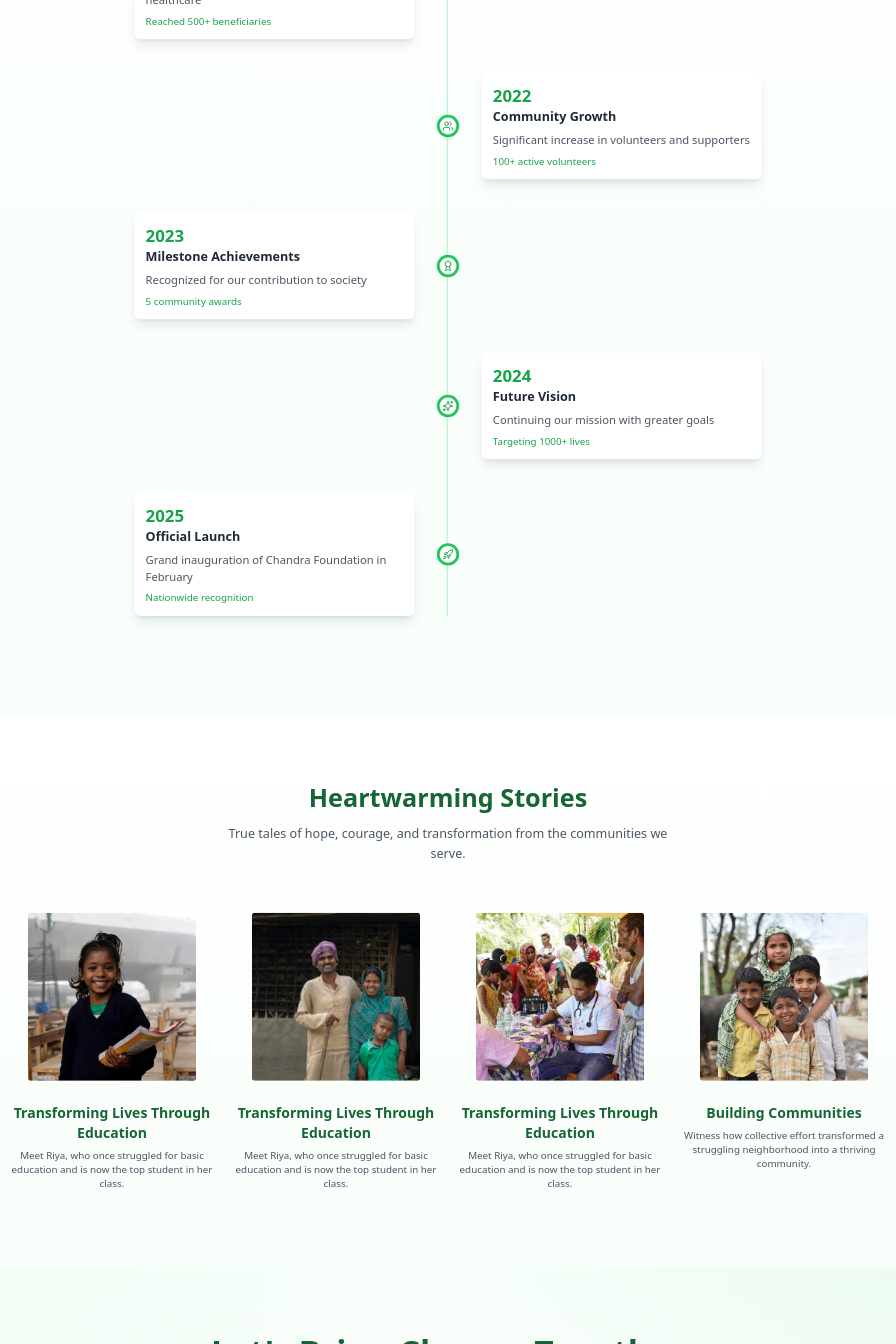
Repository: rajukumar2003/chandra-foundation
Page: /
The author's editor kept a copy of each file at every save. The page is drawn from the files as they stood at one save, then again after the next save.
The browser window is 1280 px wide. The pictures show the part of the page from y = 4580 to 6500 px (the page is 7141 px tall), at 70% of full size.
The project was rebuilt for these pictures with package versions that can differ from the ones it lists, and the page was loaded fresh each time. The framework's server and built-in components were replaced by stand-ins that run in the browser. Also part of the build but not shown: next.config.ts.

Above is the page before, as saved 2025-04-15 09:09:06.

After the next save:
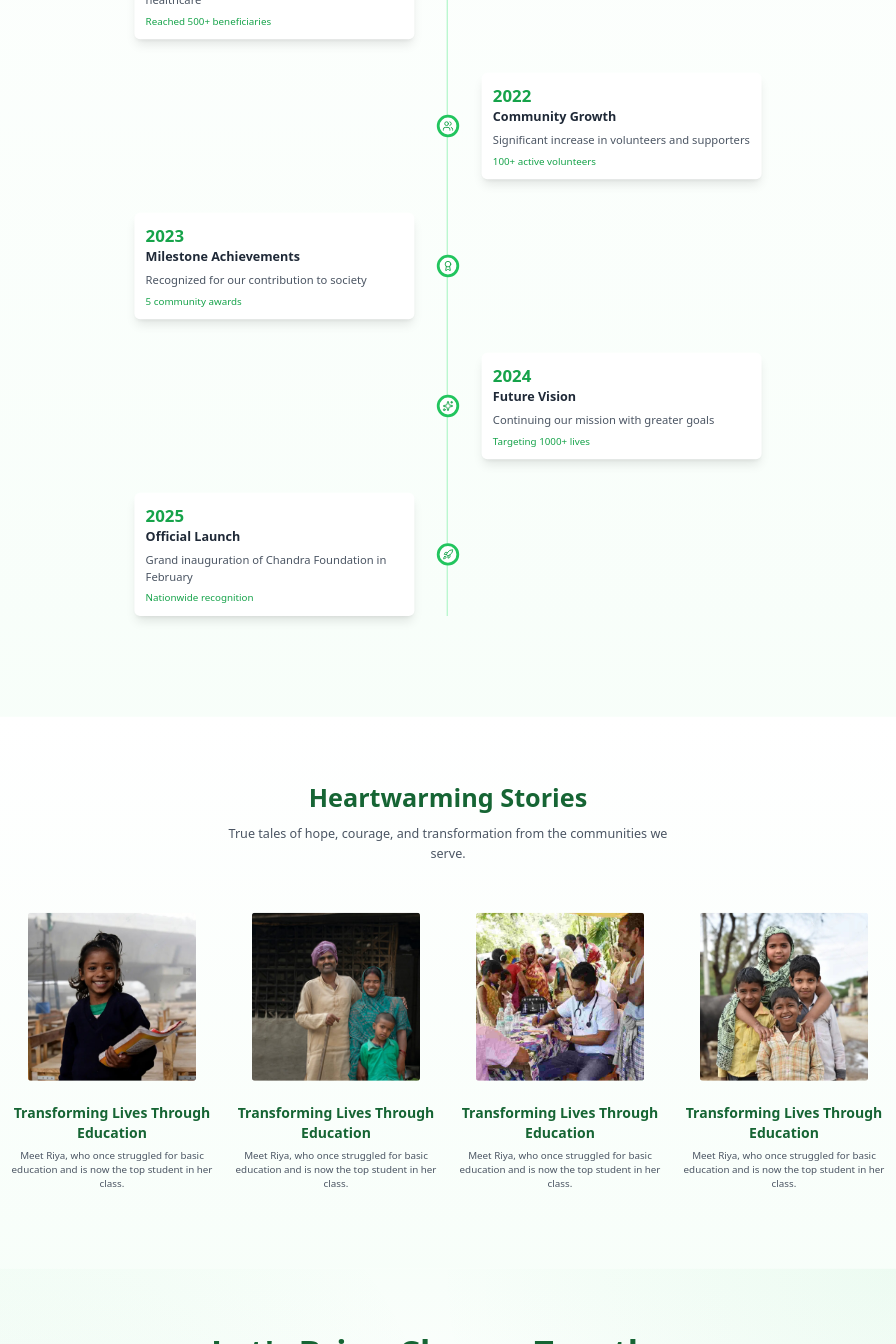
Saved 4 s later.
--- a/app/components/StorySection.tsx
+++ b/app/components/StorySection.tsx
@@ -55,8 +55,8 @@
     },
     {
       image: "/images/fam.jpg",
-      title: "Building Communities",
-      description: "Witness how collective effort transformed a struggling neighborhood into a thriving community.",
+      title: translations.story[1].title,
+      description: translations.story[1].desc,
       category: "Community"
     }
   ]
